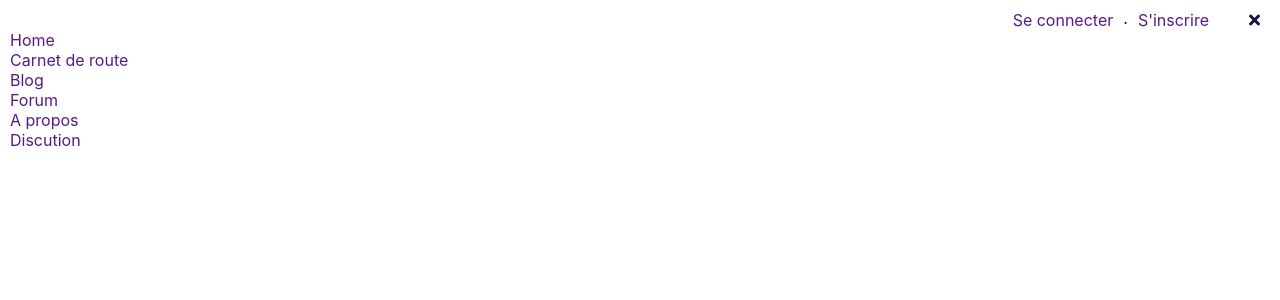
Repository: ypiard85/korean-place
Page: templates/home/index.html.twig
These files come from the project's save history. The page is drawn as it stood at one moment and after the next save; the edit follows.
The browser window is 1280 px wide. The pictures show the whole page.
Some web libraries are served in a nearby version. The page is a Twig template of a Symfony application; nobody is signed in and links lead nowhere. The template is opened directly, without the code that normally fills it, so the values that code supplies are empty.

Above is the page before, as saved 2021-02-10 23:11:18.

### templates/home/index.html.twig
{% extends 'base.html.twig' %}
{% block title %}Korean Titile site{% endblock %}



{% block body %}

{% endblock %}




{% block javascriptsfooter %}
    <script type="text/javascript"></script>
{% endblock %}

### templates/base.html.twig
<!DOCTYPE html>
<html>
    <head>
        <meta charset="UTF-8">
        <title>{% block title %}Welcome !{% endblock %}</title>
        {% block stylesheets %}{% endblock %}
        <!-- CSS only -->
            <link rel="stylesheet" href=" {{ asset('css/style.css') }} ">
            <link rel="stylesheet" href="https://use.fontawesome.com/releases/v5.15.2/css/all.css" integrity="sha384-vSIIfh2YWi9wW0r9iZe7RJPrKwp6bG+s9QZMoITbCckVJqGCCRhc+ccxNcdpHuYu" crossorigin="anonymous">
            <!--<link href="https://cdn.jsdelivr.net/npm/bootstrap@5.0.0-beta1/dist/css/bootstrap.min.css" rel="stylesheet" integrity="sha384-giJF6kkoqNQ00vy+HMDP7azOuL0xtbfIcaT9wjKHr8RbDVddVHyTfAAsrekwKmP1" crossorigin="anonymous">-->

        {% block javascripts %}{% endblock %}
    </head>
    <body>
        <div class="wrapper">
            <nav class="nav">
                <div class="nav_left">
                    <ul>
                        <li class="home"><a href=""><i class="fas fa-home"></i></a></li>
                        <li class="carnet"><a href="">Carnet de route</a></li>
                        <li class="blog"><a href="">Blog</a></li>
                        <li class="forum"><a href="">Forum</a></li>
                        <li class="about"><a href="">A propos</a></li>
                        <li class="discussion"><a href="">Discussions</a></li>
                    </ul>
                </div>
                <div class="nav_right">
                    <ul>
                        <li class="login"><a href="">Se connecter</a></li>
                        <li class="text_muted">.</li>
                        <li class="register"><a href="">S'inscrire</a></li>
                        <li class="burger"><i class="fas fa-bars"></i></li>
                    </ul>
                </div>
            </nav>

            <div class="nav_mobile">
                <div class="mobile_header">
                    <ul>
                        <li><a href="">Se connecter</a></li>
                        <li class="text_muted">.</li>
                        <li><a href="">S'inscrire</a></li>
                        <li class="close"><i class="fas fa-times"></i></li>
                    </ul>
                </div>
                <div class="mobile_link">
                    <ul>
                        <li><a href="">Home</a></li>
                        <li><a href="">Carnet de route</a></li>
                        <li><a href="">Blog</a></li>
                        <li><a href="">Forum</a></li>
                        <li><a href="">A propos</a></li>
                        <li><a href="">Discution</a></li>
                    </ul>
                </div>
            </div>

            {% block body %}{% endblock %}
        </div>


        {% block javascriptsfooter %}{% endblock %}
        <script src="https://cdn.jsdelivr.net/npm/bootstrap@5.0.0-beta1/dist/js/bootstrap.bundle.min.js" integrity="sha384-ygbV9kiqUc6oa4msXn9868pTtWMgiQaeYH7/t7LECLbyPA2x65Kgf80OJFdroafW" crossorigin="anonymous"></script>
        <script src="https://cdn.jsdelivr.net/npm/@popperjs/core@2.5.4/dist/umd/popper.min.js" integrity="sha384-q2kxQ16AaE6UbzuKqyBE9/u/KzioAlnx2maXQHiDX9d4/zp8Ok3f+M7DPm+Ib6IU" crossorigin="anonymous"></script>
        <script src="https://cdn.jsdelivr.net/npm/bootstrap@5.0.0-beta1/dist/js/bootstrap.min.js" integrity="sha384-pQQkAEnwaBkjpqZ8RU1fF1AKtTcHJwFl3pblpTlHXybJjHpMYo79HY3hIi4NKxyj" crossorigin="anonymous"></script>
    </body>
</html>

### public/css/style.css
:root{
    --border-light: rgb(197, 195, 195);
    --text-blue-dark: rgb(23, 23, 71);
}

body{
    font-family: -apple-system, BlinkMacSystemFont, 'Segoe UI', Roboto, Oxygen, Ubuntu, Cantarell, 'Open Sans', 'Helvetica Neue', sans-serif;
}

*{
    margin: 0;
    padding: 0;
    box-sizing: border-box;
}

/*RESET*/

a{
    text-decoration: none!important;
}

ul{
    list-style: none;
}

.wrapper{
    width: 85%;
    margin: auto;
    max-width: 100%;
}

.text_muted{
    margin-top: -5px;
}


/*NAV*/

.nav{
    border-bottom: 1px solid var(--border-light);
    display: flex;
    justify-content: space-between;
    align-items: center;
    padding: 15px 0;
    margin-top: 20px;
}

.nav a, i {
    color: var(--text-blue-dark);
    font-weight: 600;
}

.login{
    border-left: 1px solid var(--border-light);
    padding-left: 10px;
}

.home{
    border-right: 1px solid var(--border-light);
    padding-right: 10px;
}

.burger{
    cursor: pointer;
}

.nav_left > ul, .nav_right > ul{
    display: flex;
}

.nav_left > ul > li{
    margin-right: 20px;
}

.nav_right > ul > li{
    margin-left: 20px;
}

/*NAV MOBILE*/

.nav_mobile{
    top: 0;
    bottom: 0;
    left:0;
    right: 0;
    position: fixed;
    background: white;
    padding: 10px;
}

.mobile_header > ul{
    display: flex;
    justify-content: flex-end;
    align-items: center;
}

.mobile_header > ul > li {
    margin-right: 10px;
}

.close > i{
    margin-left: 30px;
}


@media screen and (max-width: 800px){
    .login, .register{
        display: none;
    }
}

@media screen and (max-width: 585px){
    .discussion{
        display: none;
    }
}

@media screen and (max-width: 585px){
    .about{
        display: none;
    }
}

@media screen and (max-width: 400px){
    .forum{
        display: none;
    }
}


@media screen and (max-width: 950px){
    .wrapper{
        width: 100%;
        padding: 0 20px;
    }
}

@media screen and (min-width: 800px){
    .burger{
        display: none;
    }
}

After the next save:
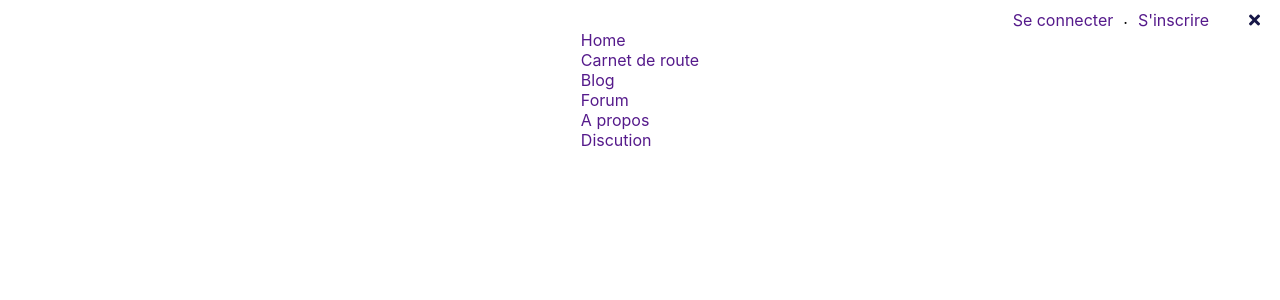
Saved 107 s later.
--- a/public/css/style.css
+++ b/public/css/style.css
@@ -102,6 +102,9 @@ ul{
     margin-left: 30px;
 }
 
+.mobile_link{
+    justify-self: center;
+}
 
 @media screen and (max-width: 800px){
     .login, .register{
